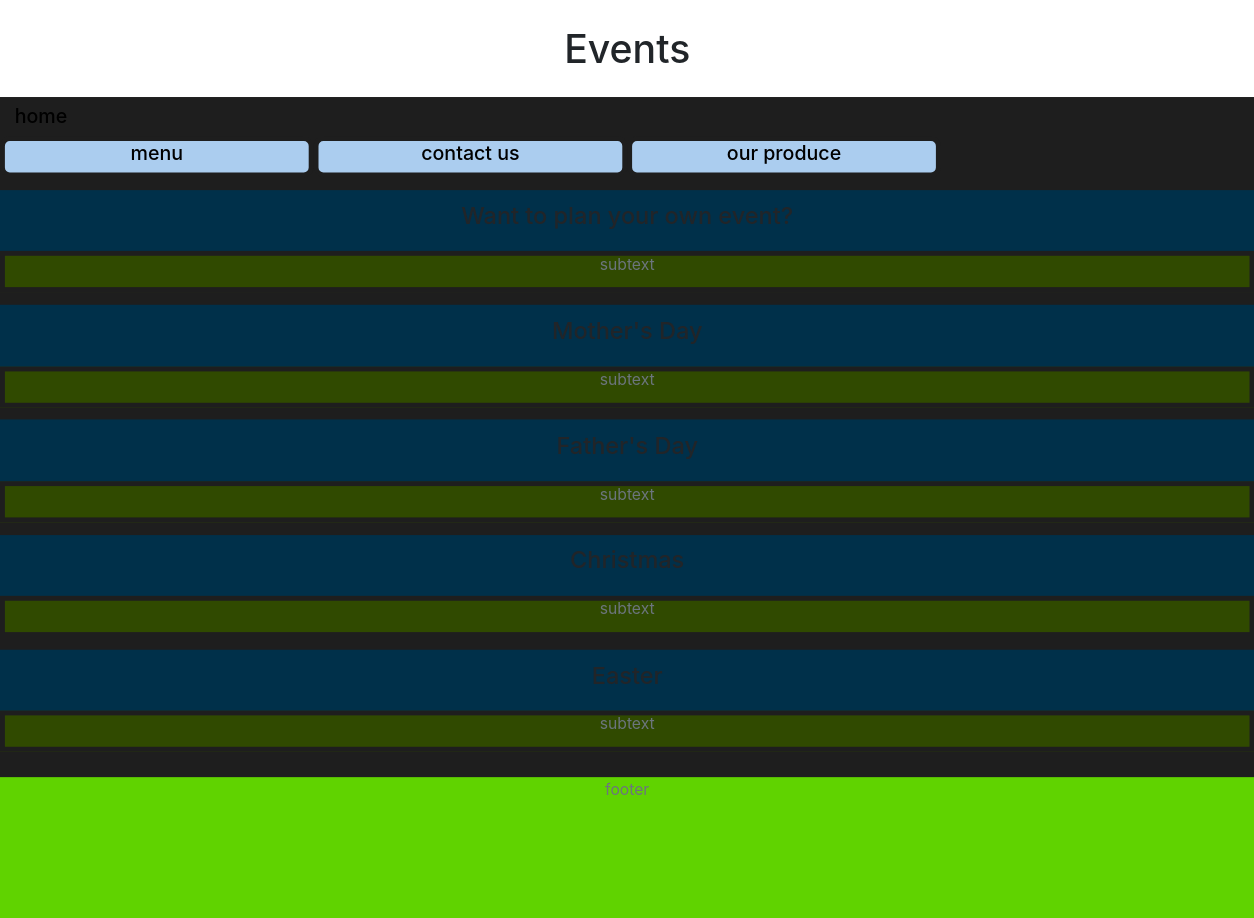
Repository: Code-Institute-Submissions/JamesLStudent-Milestone_One
Page: events.html
The author's editor kept a record of every edit. The page is drawn from the files as they stood at one moment, then again after the next edit.
The browser window is 1280 px wide. The pictures show the whole page, at 98% of full size.

Above is the page before.
Console error: TypeError: Cannot read properties of undefined (reading 'fn')

### events.html
<!DOCTYPE html>
<html lang="en">

<head>
    <meta charset="UTF-8">
    <meta name="viewport" content="width=device-width, initial-scale=1.0">
    <meta http-equiv="X-UA-Compatible" content="ie=edge">
    <title>Welcome to (whatever)</title>
    <link href="Assets/main.css" rel="stylesheet" type="text/css" />
    <link rel="stylesheet" href="https://stackpath.bootstrapcdn.com/bootstrap/4.3.1/css/bootstrap.min.css" integrity="sha384-ggOyR0iXCbMQv3Xipma34MD+dH/1fQ784/j6cY/iJTQUOhcWr7x9JvoRxT2MZw1T" crossorigin="anonymous">
    <script src="https://stackpath.bootstrapcdn.com/bootstrap/4.3.1/js/bootstrap.min.js" integrity="sha384-JjSmVgyd0p3pXB1rRibZUAYoIIy6OrQ6VrjIEaFf/nJGzIxFDsf4x0xIM+B07jRM" crossorigin="anonymous"></script>
</head>

<body class="bg">
    <div class="h1-box">
    <h1>Events</h1>
    </div>
    <a href="index.html">
        <div class="col-6 col-md-12 col-lg-3 navigation-item black-text">
            <h5>home</h5>
        </div>
    </a>
    <a href="menu.html">
        <div class="col-6 col-md-12 col-lg-3 b black-text">
            <h5>menu</h5>
        </div>
    </a>
    <a href="contacts.html">
        <div class="col-12 col-md-12 col-lg-3 c black-text">
            <h5>contact us</h5>
        </div>
    </a>
    <a href="produce.html">
        <div class="col-12 col-md-12 col-lg-3 d black-text">
            <h5>our produce</h5>
        </div>
    </a>
    <div class="centerer">
        <div class="subtitle">
            <h4>Want to plan your own event?</h4>
        </div>
        <div class="sub-box">
            <p class="text-muted">subtext</p>
        </div>
        <div class="subtitle">
            <h4>Mother's Day</h4>
        </div>
        <div class="sub-box">
            <p class="text-muted">subtext</p>
        </div>
        <div class="subtitle">
            <h4>Father's Day</h4>
        </div>
        <div class="sub-box">
            <p class="text-muted">subtext</p>
        </div>
        <div class="subtitle">
            <h4>Christmas</h4>
        </div>
        <div class="sub-box">
            <p class="text-muted">subtext</p>
        </div>
        <div class="subtitle">
            <h4>Easter</h4>
        </div>
        <div class="sub-box">
            <p class="text-muted">subtext</p>
        </div>
        <footer>
            <div class="footer">
                <p class="text-muted">footer</p>
            </div>
        </footer>
    </div>
</body>

</html>

### Assets/main.css
/*----------------- STYLES APPEARING ON MULTIPLE PAGES -----------------*/

.bg {
    position: absolute;
    top: 0;
    left: 0;
    bottom: 0;
    right: 0;
    display: block;
    background-color: #1e1e1e;
}

h1 {
    background-color: #FFFFFF;
    text-align: center;
    min-height: 40px;
    height: auto;
    padding: 2% 0 2% 0;
}

.h1-box {
    margin-bottom:
}

.subtitle {
    text-align: center;
    padding: 3% 0 3% 0;
    margin: 5% 0 0 0;
    display: inline-block;
    width: 100%;
    min-height: 15px;
    height: auto;
    background-color: #00304A
}

.black-text {
    color: black;
}

footer {
    height: 20%;
    display: block;
    bottom: 0;
    position: relative;
}

.footer {
    display: inline-block;
    margin-top: 5%;
    width: 100%;
    height: 100%;
    background-color: #60D300;
}

.centerer {
    height: 100%;
    text-align: center;
}

/*----------------- MAIN NAV ITEMS -----------------*/

.a {
    background-color: #ABCDEF;
    float: left;
    text-align: center;
    border-radius: 10px;
    border: 5px solid #1e1e1e;
}

.b {
    background-color: #ABCDEF;
    float: left;
    text-align: center;
    border-radius: 10px;
    border: 5px solid #1e1e1e;
}

.c {
    background-color: #ABCDEF;
    float: left;
    text-align: center;
    border-radius: 10px;
    border: 5px solid #1e1e1e;
}

.d {
    background-color: #ABCDEF;
    float: left;
    text-align: center;
    border-radius: 10px;
    border: 5px solid #1e1e1e;
}

/*----------------- HOMEPAGE STYLE -----------------*/

.history {
    margin: 5% 2% 0 2%;
    display: inline-block;
    text-align: center;
    width: 96%;
    height: 50%;
    background-color: #FF7400;
}

.alt-link {
    margin: 5% 2% 0 2%;
    display: inline-block;
    text-align: center;
    width: 96%;
    height: 15%;
    background-color: #FF0000;
}

/*----------------- MENU STYLE -----------------*/

.menu-item {
    background-color: #304A00;
    height: 30%;
    border: 5px solid #1e1e1e;
}

.small-link {
    line-height: 100%;
    display: inline-block;
    text-align: center;
    height: auto;
    background-color: #4A0030;
    border-radius: 10px;
    border: 5px solid #1e1e1e;
    color: #FFFFFF;
}

.spacer {
    margin-top: 5%;
}

.vert-align {
    position: relative;
    top: 50%;
    transform: translateY(-50%);
}

/*----------------- EVENTS STYLE -----------------*/

.sub-box {
    background-color: #304A00;
    height: auto;
    border: 5px solid #1e1e1e;
    line-height: 100%;
}

/*----------------- TABLET MEDIA QUERIES -----------------*/

@media (min-width: 768px) {
    .footer {
        margin-top: 3%;
    }
    .history {
        margin-top: 3%;
    }
    .alt-link {
        margin-top: 4%;
    }
    .subtitle {
        margin-top: 2%;
        padding: 1% 0 1% 0;
    }
    .spacer {
        margin-top: 3%;
    }
}

/*----------------- DESKTOP MEDIA QUERIES -----------------*/

@media (min-width: 992px) {
        .footer {
        margin-top: 2%;
    }
    .history {
        margin-top: 1%;
    }
    .alt-link {
        margin-top: 1%;
    }
    .subtitle {
        margin-top: 1%;
    }
    .spacer {
        margin-top: 1%;
    }
}

After the next edit:
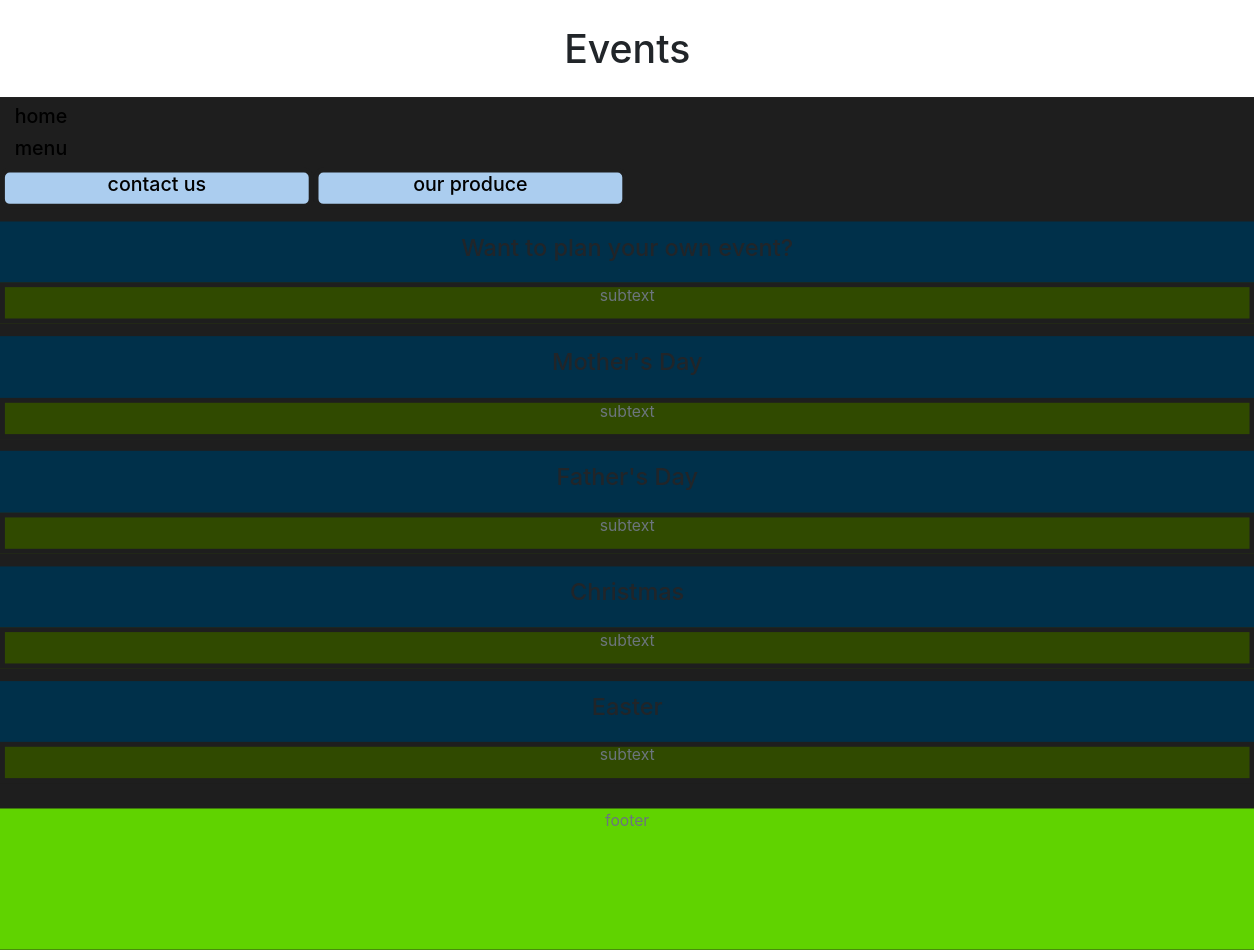
The edit:
--- a/events.html
+++ b/events.html
@@ -21,7 +21,7 @@
         </div>
     </a>
     <a href="menu.html">
-        <div class="col-6 col-md-12 col-lg-3 b black-text">
+        <div class="col-6 col-md-12 col-lg-3 navigation-item black-text">
             <h5>menu</h5>
         </div>
     </a>
